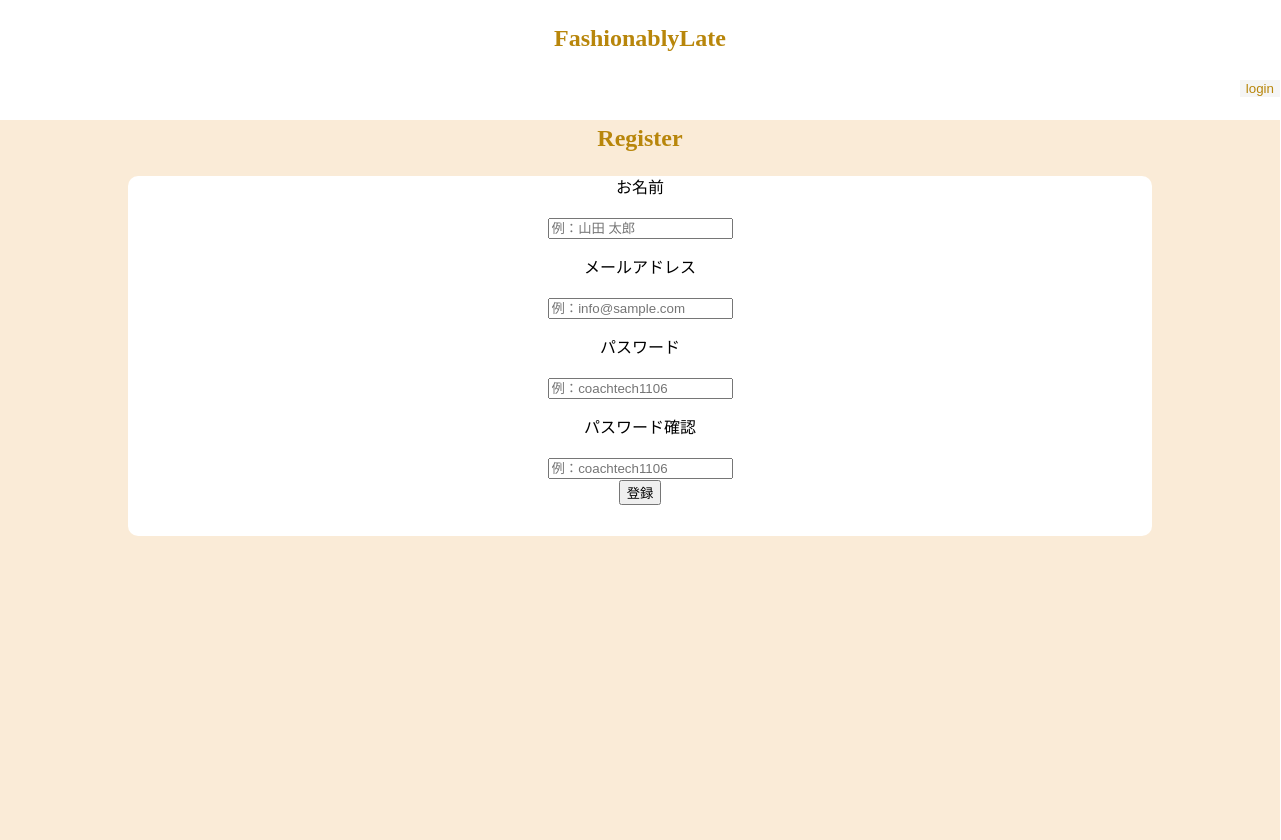
Repository: tokisiro/test-form
Page: http://localhost/register
An editor plug-in stored every save of this project. The page is shown before and after a run of saves, followed by the edit.
The browser window is 1280 px wide. The page is 1280 px wide, then 1281 px, then 1280 px, so the pictures cover 1281 px, including what lies to the right of the window. The pictures show the whole page.
The page is served by the project's Laravel application, run on PHP 8.4 with Laravel 8. A made-up administrator, Test User (test@example.com), is signed in. Other server files are loaded and not shown.

Above is the page before, as saved 2025-05-07 20:43:50.

### src/routes/web.php
<?php

use Illuminate\Support\Facades\Route;
use App\Http\Controllers\ContactController;
use App\Http\Controllers\UsersController;
use Laravel\Fortify\Http\Controllers\AuthenticatedSessionController;
use Laravel\Fortify\Http\Controllers\RegisteredUserController;
/*
|--------------------------------------------------------------------------
| Web Routes
|--------------------------------------------------------------------------
|
| Here is where you can register web routes for your application. These
| routes are loaded by the RouteServiceProvider within a group which
| contains the "web" middleware group. Now create something great!
|
*/

Route::get('/',[ContactController::class, 'index']);
Route::post('/confirm',[ContactController::class, 'confirm']);
Route::post('/create',[ContactController::class, 'create']);

Route::post('/admin',[UsersController::class, 'admin']);
Route::get('/register',[UsersController::class, 'register']);




Route::middleware('auth')->group(function () {
    Route::get('/admin', [UsersController::class, 'admin']);
});

### src/app/Models/User.php
<?php

namespace App\Models;

use Illuminate\Contracts\Auth\MustVerifyEmail;
use Illuminate\Database\Eloquent\Factories\HasFactory;
use Illuminate\Foundation\Auth\User as Authenticatable;
use Illuminate\Notifications\Notifiable;
use Laravel\Sanctum\HasApiTokens;

class User extends Authenticatable
{
    use HasApiTokens, HasFactory, Notifiable;
    protected $table = 'users';

    /**
     * The attributes that are mass assignable.
     *
     * @var array<int, string>
     */
    protected $fillable = [
        'name',
        'email',
        'password',
        'remember_token',
    ];

    /**
     * The attributes that should be hidden for serialization.
     *
     * @var array<int, string>
     */
    protected $hidden = [
        'password',
        'remember_token',
    ];

    /**
     * The attributes that should be cast.
     *
     * @var array<string, string>
     */
    protected $casts = [
        'email_verified_at' => 'datetime',
    ];

    public function contacts()
{
    return $this->hasMany(Contact::class);
}
}

### src/app/Http/Controllers/UsersController.php
<?php

namespace App\Http\Controllers;

use App\Models\Category;
use App\Models\Contact;
use App\Models\User;
use Illuminate\Http\Request;
use App\Http\Requests\RegisterUserRequest;

//管理者用
class UsersController extends Controller
{
    public function register(){
        return view('register');
    }
    public function create(RegisterUserRequest $request){
        $form = $request->all();
        User::create($form);
        return view('login');
    }
    public function login(){
        return view('login');
    }
    public function admin(){


        $contacts = Contact::all()->map(function($contact) {
        switch($contact->gender) {
        case 1:
            $contact->gender_text = '男性';
            break;
        case 2:
            $contact->gender_text = '女性';
            break;
        case 3:
            $contact->gender_text = 'その他';
            break;
        default:
            $contact->gender_text = '';
            break;
        }
        // お問い合わせ内容を変換
        switch($contact->category_id) {
        case 1:
            $contact->category_name = '商品のお届けについて';
            break;
        case 2:
            $contact->category_name = '商品の交換について';
            break;
        case 3:
            $contact->category_name = '商品トラブル';
            break;
        case 4:
            $contact->category_name = 'ショップへのお問い合わせ';
            break;
        case 5:
            $contact->category_name = 'その他';
            break;
        default:
            $contact->category_name = '';
            break;
        }
        return $contact;
    });

    // もしももともと contacts がなければ空のコレクションを設定
    if ($contacts->isEmpty()) {
        $contacts = collect();
    }

    // ビューに渡す
    return view('admin', ['contacts' => $contacts]);


    }
}

### src/resources/views/register.blade.php
<!DOCTYPE html>
<html lang="ja">
<head>
    <meta charset="UTF-8">
    <meta http-equiv="X-UA-Compatible" content="IE=edge">
    <meta name="viewport" content="width=device-width, initial-scale=1.0">
    <title>FashionablyLate</title>
    <link rel="stylesheet" href="css/sanitize.css" />
    <link rel="stylesheet" href="css/register.css" />
</head>
<body>
    <!--ユーザー登録ページ-->
    <header class="header">
        <div class="header__inner">
            <a class="header__logo" href="/">
                FashionablyLate
            </a>
        </div>
        <div class="header__button">
            <a  href="/login">
                <button class="header__button-item">
                    login
                </button>
            </a>
        </div>
    </header>
    <main>
        <div class="register-form">
            <div class="register-form__title">
                <h2>Register</h2>
            </div>
            <div class="register-form__content">
                    <div class="register-form__content-item">
                        <form action="/register" method="post">
                            @csrf
                            @if (count($errors) > 0)
                            <ul>
                                @foreach ($errors->all() as $error)
                                    <li>{{$error}}</li>
                                @endforeach
                            </ul>
                        @endif
                            <p>お名前</p>
                            <input type="text" name="name" value="{{ old('name') }}" placeholder="例：山田 太郎">
                            <p>メールアドレス</p>
                            <input type="email" name="email" value="{{ old('email') }}" placeholder="例：info@sample.com">
                            <p>パスワード</p>
                            <input type="password" name="password" placeholder="例：coachtech1106">
                            <p>パスワード確認</p>
                            <input type="password" name="password_confirmation" placeholder="例：coachtech1106">
                            <div class="register-form__button">
                            <button class="register-form__button-submit" type="submit">
                                登録
                            </button>
                        </div>
                        </form>
                    </div>
                <!--ボタン類を記述-->
                </div>
            </div>
        </div>
    </main>
</body>
</html>

### src/public/css/sanitize.css
/* Document
* ========================================================================== */

/**
* Add border box sizing in all browsers (opinionated).
*/

*,
::before,
::after {
    box-sizing: border-box;
}

/**
* 1. Add text decoration inheritance in all browsers (opinionated).
* 2. Add vertical alignment inheritance in all browsers (opinionated).
*/

::before,
::after {
    vertical-align: inherit;
    /* 2 */
    text-decoration: inherit;
    /* 1 */
}

/**
* 1. Use the default cursor in all browsers (opinionated).
* 2. Change the line height in all browsers (opinionated).
* 3. Use a 4-space tab width in all browsers (opinionated).
* 4. Remove the grey highlight on links in iOS (opinionated).
* 5. Prevent adjustments of font size after orientation changes in
*    IE on Windows Phone and in iOS.
* 6. Breaks words to prevent overflow in all browsers (opinionated).
*/

html {
    word-break: break-word;
    /* 6 */
    -moz-tab-size: 4;
    /* 3 */
    tab-size: 4;
    /* 3 */
    line-height: 1.5;
    /* 2 */
    cursor: default;
    /* 1 */

    -webkit-tap-highlight-color: transparent
        /* 4 */
    ;
    -ms-text-size-adjust: 100%;
    /* 5 */
    -webkit-text-size-adjust: 100%;
    /* 5 */
}

/* Sections
* ========================================================================== */

/**
* Remove the margin in all browsers (opinionated).
*/

body {
    margin: 0;
}

/**
* Correct the font size and margin on `h1` elements within `section` and
* `article` contexts in Chrome, Edge, Firefox, and Safari.
*/

h1 {
    margin: 0.67em 0;
    font-size: 2em;
}

/* Grouping content
* ========================================================================== */

/**
* Remove the margin on nested lists in Chrome, Edge, IE, and Safari.
*/

dl dl,
dl ol,
dl ul,
ol dl,
ul dl {
    margin: 0;
}

/**
* Remove the margin on nested lists in Edge 18- and IE.
*/

ol ol,
ol ul,
ul ol,
ul ul {
    margin: 0;
}

/**
* 1. Add the correct sizing in Firefox.
* 2. Show the overflow in Edge 18- and IE.
*/

hr {
    overflow: visible;
    /* 2 */
    height: 0;
    /* 1 */
}

/**
* Add the correct display in IE.
*/

main {
    display: block;
}

/**
* Remove the list style on navigation lists in all browsers (opinionated).
*/

nav ol,
nav ul {
    padding: 0;
    list-style: none;
}

/**
* 1. Correct the inheritance and scaling of font size in all browsers.
* 2. Correct the odd `em` font sizing in all browsers.
*/

pre {
    font-size: 1em;
    /* 2 */
    font-family: monospace, monospace;
    /* 1 */
}

/* Text-level semantics
* ========================================================================== */

/**
* Remove the gray background on active links in IE 10.
*/

a {
    background-color: transparent;
}

/**
* Add the correct text decoration in Edge 18-, IE, and Safari.
*/

abbr[title] {
    text-decoration: underline;
    text-decoration: underline dotted;
}

/**
* Add the correct font weight in Chrome, Edge, and Safari.
*/

b,
strong {
    font-weight: bolder;
}

/**
* 1. Correct the inheritance and scaling of font size in all browsers.
* 2. Correct the odd `em` font sizing in all browsers.
*/

code,
kbd,
samp {
    font-size: 1em;
    /* 2 */
    font-family: monospace, monospace;
    /* 1 */
}

/**
* Add the correct font size in all browsers.
*/

small {
    font-size: 80%;
}

/* Embedded content
* ========================================================================== */

/*
* Change the alignment on media elements in all browsers (opinionated).
*/

audio,
canvas,
iframe,
img,
svg,
video {
    vertical-align: middle;
}

/**
* Add the correct display in IE 9-.
*/

audio,
video {
    display: inline-block;
}

/**
* Add the correct display in iOS 4-7.
*/

audio:not([controls]) {
    display: none;
    height: 0;
}

/**
* Remove the border on iframes in all browsers (opinionated).
*/

iframe {
    border-style: none;
}

/**
* Remove the border on images within links in IE 10-.
*/

img {
    border-style: none;
}

/**
* Change the fill color to match the text color in all browsers (opinionated).
*/

svg:not([fill]) {
    fill: currentColor;
}

/**
* Hide the overflow in IE.
*/

svg:not(:root) {
    overflow: hidden;
}

/* Tabular data
* ========================================================================== */

/**
* Collapse border spacing in all browsers (opinionated).
*/

table {
    border-collapse: collapse;
}

/* Forms
* ========================================================================== */

/**
* Remove the margin on controls in Safari.
*/

button,
input,
select {
    margin: 0;
}

/**
* 1. Show the overflow in IE.
* 2. Remove the inheritance of text transform in Edge 18-, Firefox, and IE.
*/

button {
    overflow: visible;
    /* 1 */
    text-transform: none;
    /* 2 */
}

/**
* Correct the inability to style buttons in iOS and Safari.
*/

button,
[type="button"],
[type="reset"],
[type="submit"] {
    -webkit-appearance: button;
}

/**
* 1. Change the inconsistent appearance in all browsers (opinionated).
* 2. Correct the padding in Firefox.
*/

fieldset {
    padding: 0.35em 0.75em 0.625em;
    /* 2 */
    border: 1px solid #a0a0a0;
    /* 1 */
}

/**
* Show the overflow in Edge 18- and IE.
*/

input {
    overflow: visible;
}

/**
* 1. Correct the text wrapping in Edge 18- and IE.
* 2. Correct the color inheritance from `fieldset` elements in IE.
*/

legend {
    display: table;
    /* 1 */
    max-width: 100%;
    /* 1 */
    color: inherit;
    /* 2 */
    white-space: normal;
    /* 1 */
}

/**
* 1. Add the correct display in Edge 18- and IE.
* 2. Add the correct vertical alignment in Chrome, Edge, and Firefox.
*/

progress {
    display: inline-block;
    /* 1 */
    vertical-align: baseline;
    /* 2 */
}

/**
* Remove the inheritance of text transform in Firefox.
*/

select {
    text-transform: none;
}

/**
* 1. Remove the margin in Firefox and Safari.
* 2. Remove the default vertical scrollbar in IE.
* 3. Change the resize direction in all browsers (opinionated).
*/

textarea {
    overflow: auto;
    /* 2 */
    margin: 0;
    /* 1 */
    resize: vertical;
    /* 3 */
}

/**
* Remove the padding in IE 10-.
*/

[type="checkbox"],
[type="radio"] {
    padding: 0;
}

/**
* 1. Correct the odd appearance in Chrome, Edge, and Safari.
* 2. Correct the outline style in Safari.
*/

[type="search"] {
    outline-offset: -2px;
    /* 2 */

    -webkit-appearance: textfield;
    /* 1 */
}

/**
* Correct the cursor style of increment and decrement buttons in Safari.
*/

::-webkit-inner-spin-button,
::-webkit-outer-spin-button {
    height: auto;
}

/**
* Correct the text style of placeholders in Chrome, Edge, and Safari.
*/

::-webkit-input-placeholder {
    color: inherit;
    opacity: 0.54;
}

/**
* Remove the inner padding in Chrome, Edge, and Safari on macOS.
*/

::-webkit-search-decoration {
    -webkit-appearance: none;
}

/**
* 1. Correct the inability to style upload buttons in iOS and Safari.
* 2. Change font properties to `inherit` in Safari.
*/

::-webkit-file-upload-button {
    font: inherit;
    /* 2 */

    -webkit-appearance: button;
    /* 1 */
}

/**
* Remove the inner border and padding of focus outlines in Firefox.
*/

::-moz-focus-inner {
    padding: 0;
    border-style: none;
}

/**
* Restore the focus outline styles unset by the previous rule in Firefox.
*/

:-moz-focusring {
    outline: 1px dotted ButtonText;
}

/**
* Remove the additional :invalid styles in Firefox.
*/

:-moz-ui-invalid {
    box-shadow: none;
}

/* Interactive
* ========================================================================== */

/*
* Add the correct display in Edge 18- and IE.
*/

details {
    display: block;
}

/*
* Add the correct styles in Edge 18-, IE, and Safari.
*/

dialog {
    position: absolute;
    right: 0;
    left: 0;
    display: block;
    margin: auto;
    padding: 1em;
    width: -moz-fit-content;
    width: -webkit-fit-content;
    width: fit-content;
    height: -moz-fit-content;
    height: -webkit-fit-content;
    height: fit-content;
    border: solid;
    background-color: white;
    color: black;
}

dialog:not([open]) {
    display: none;
}

/*
* Add the correct display in all browsers.
*/

summary {
    display: list-item;
}

/* Scripting
* ========================================================================== */

/**
* Add the correct display in IE 9-.
*/

canvas {
    display: inline-block;
}

/**
* Add the correct display in IE.
*/

template {
    display: none;
}

/* User interaction
* ========================================================================== */

/*
* 1. Remove the tapping delay in IE 10.
* 2. Remove the tapping delay on clickable elements
in all browsers (opinionated).
*/

a,
area,
button,
input,
label,
select,
summary,
textarea,
[tabindex] {
    -ms-touch-action: manipulation;
    /* 1 */
    touch-action: manipulation;
    /* 2 */
}

/**
* Add the correct display in IE 10-.
*/

[hidden] {
    display: none;
}

/* Accessibility
* ========================================================================== */

/**
* Change the cursor on busy elements in all browsers (opinionated).
*/

[aria-busy="true"] {
    cursor: progress;
}

/*
* Change the cursor on control elements in all browsers (opinionated).
*/

[aria-controls] {
    cursor: pointer;
}

/*
* Change the cursor on disabled, not-editable, or otherwise
* inoperable elements in all browsers (opinionated).
*/

[aria-disabled="true"],
[disabled] {
    cursor: not-allowed;
}

/*
* Change the display on visually hidden accessible elements
* in all browsers (opinionated).
*/

[aria-hidden="false"][hidden] {
    display: initial;
}

[aria-hidden="false"][hidden]:not(:focus) {
    position: absolute;
    clip: rect(0, 0, 0, 0);
}

### src/public/css/register.css

.header {
    background-color: white;

}

.header__inner
{
    margin: 0 auto;
    padding: 20px 15px;
    max-width: 1230px;
    text-align: center;
}

.header__logo {
    color: #B8860B;
    text-decoration: none;
    font-weight: bold;
    font-size: 24px;
    font-family: serif;
}

.header__button{
    position: relative;
    text-align: right;
}

.header__button-item{
    color: #B8860B;
    background-color: whitesmoke;
    border: none;
    width: ;
}


.register-form {
    background-color: antiquewhite;
    height: 100vh;
    text-align: center;
}

.register-form__title{
    color: #B8860B;
    font-family: serif;
}

.register-form__content{
    background-color: white;
    width: 80%;
    height: 50%;
    margin: 0 auto;
    border-radius: 10px;
}

Loaded but not shown: src/app/Http/Controllers/Controller.php (common file)

After the next 2 saves:
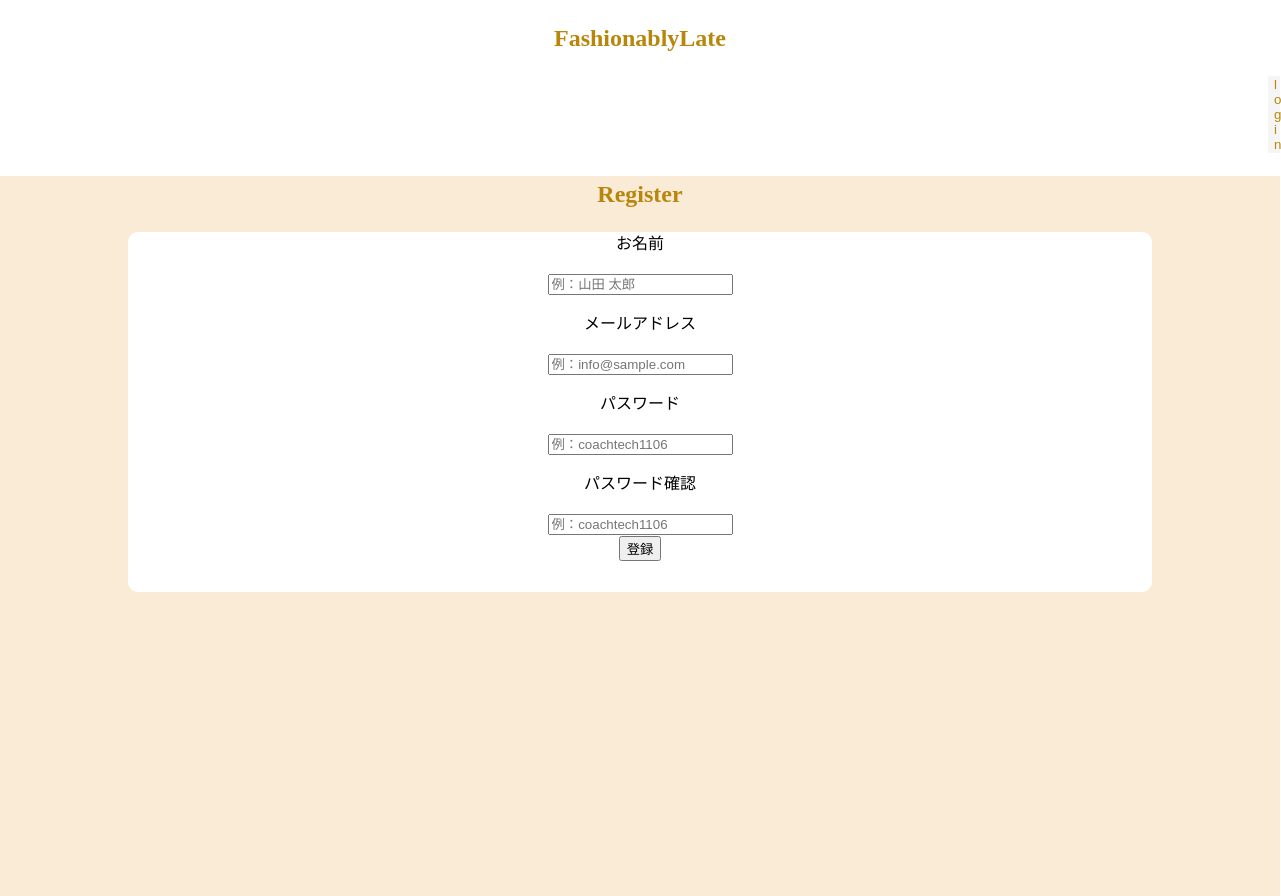
The 2 saves are shown as one change because they came seconds apart.
The last was saved 35 s later.
--- a/src/public/css/register.css
+++ b/src/public/css/register.css
@@ -29,7 +29,7 @@
     color: #B8860B;
     background-color: whitesmoke;
     border: none;
-    width: ;
+    width: 10px;
 }
 
 

After the save that followed:
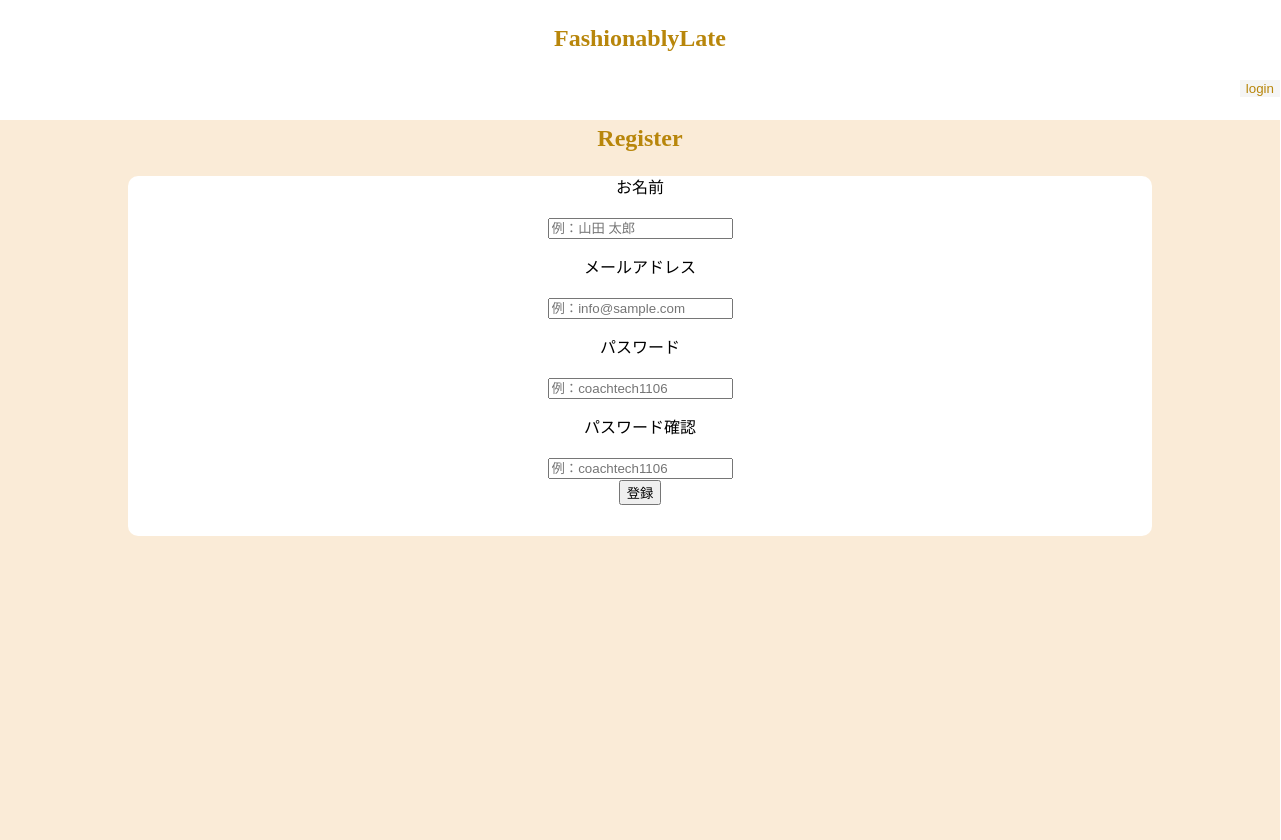
Saved 9 s later.
--- a/src/public/css/register.css
+++ b/src/public/css/register.css
@@ -29,7 +29,7 @@
     color: #B8860B;
     background-color: whitesmoke;
     border: none;
-    width: 10px;
+    width: px;
 }
 
 
